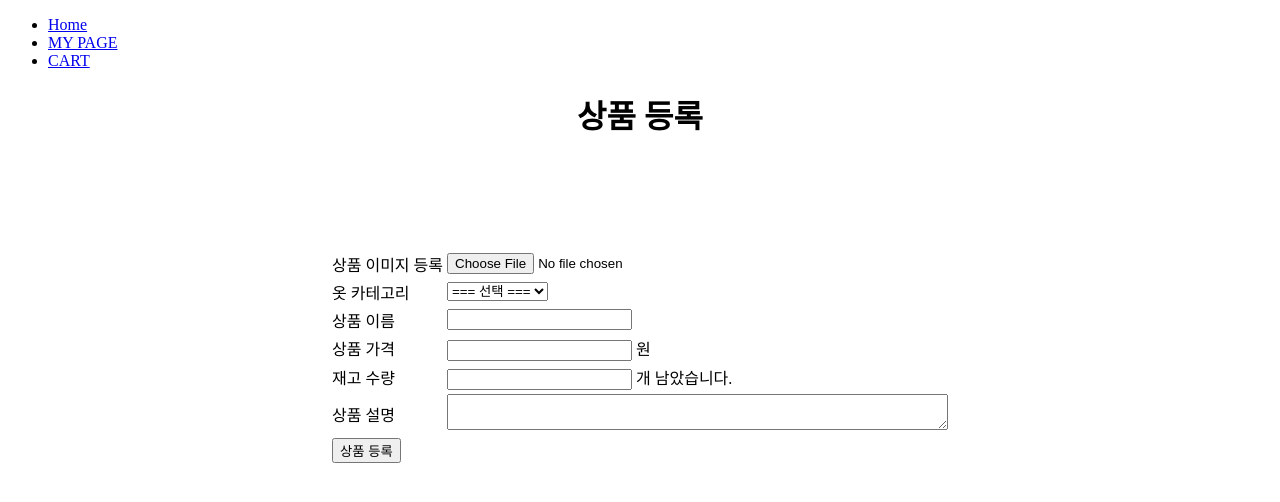
Repository: leekwah/jsp
Page: http://localhost/semiProject/Upload_Product/uploadProduct.jsp
The author's editor kept a copy of each file at every save. The page is drawn from the files as they stood at one save, then again after a run of saves.
The browser window is 1280 px wide. The pictures show the whole page.
The page is served by Tomcat 9.

Above is the page before, as saved 2022-09-19 01:55:54.

After the next 2 saves:
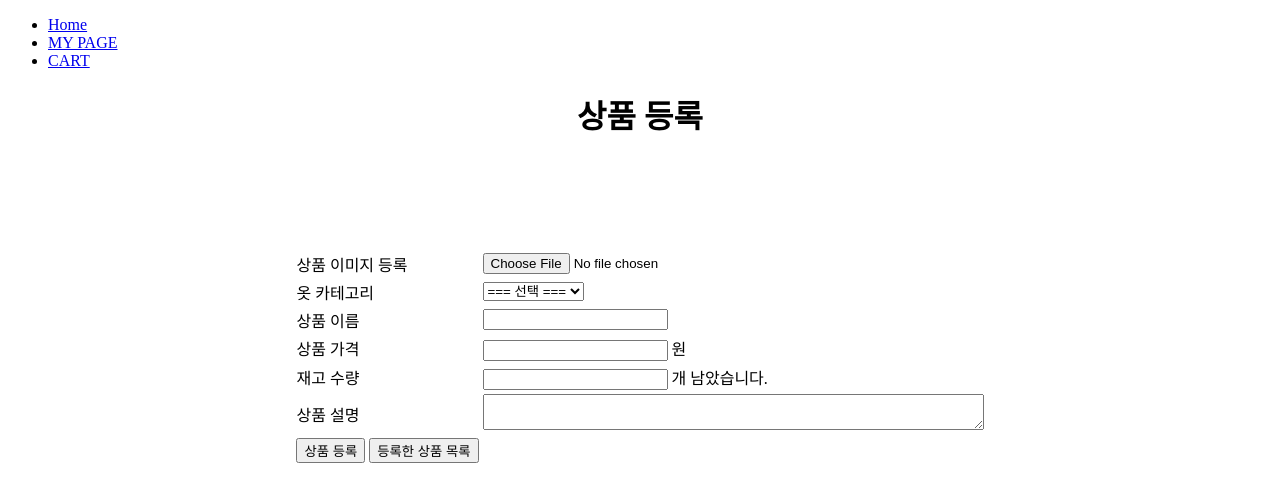
The 2 saves are shown as one change because 1 did not build or start.
The last was saved 3 min 34 s later.
--- a/jiwon/semiProject/WebContent/Upload_Product/uploadProduct.jsp
+++ b/jiwon/semiProject/WebContent/Upload_Product/uploadProduct.jsp
@@ -1,6 +1,11 @@
 <%@ page language="java" contentType="text/html; charset=UTF-8"
     pageEncoding="UTF-8"%>
 <!DOCTYPE html>
+<%
+	String pageNum = request.getParameter("pageNum");
+
+	int product_number = 0;
+%>
 <html>
 <head>
 <meta charset="EUC-KR">
@@ -101,6 +106,7 @@
 					<tr>
 						<td>
 							<input type="button" value="상품 등록" onclick="check_ok()">
+							<input type="button" value="등록한 상품 목록" onclick="">
 						</td>
 					</tr>
 				</form>
